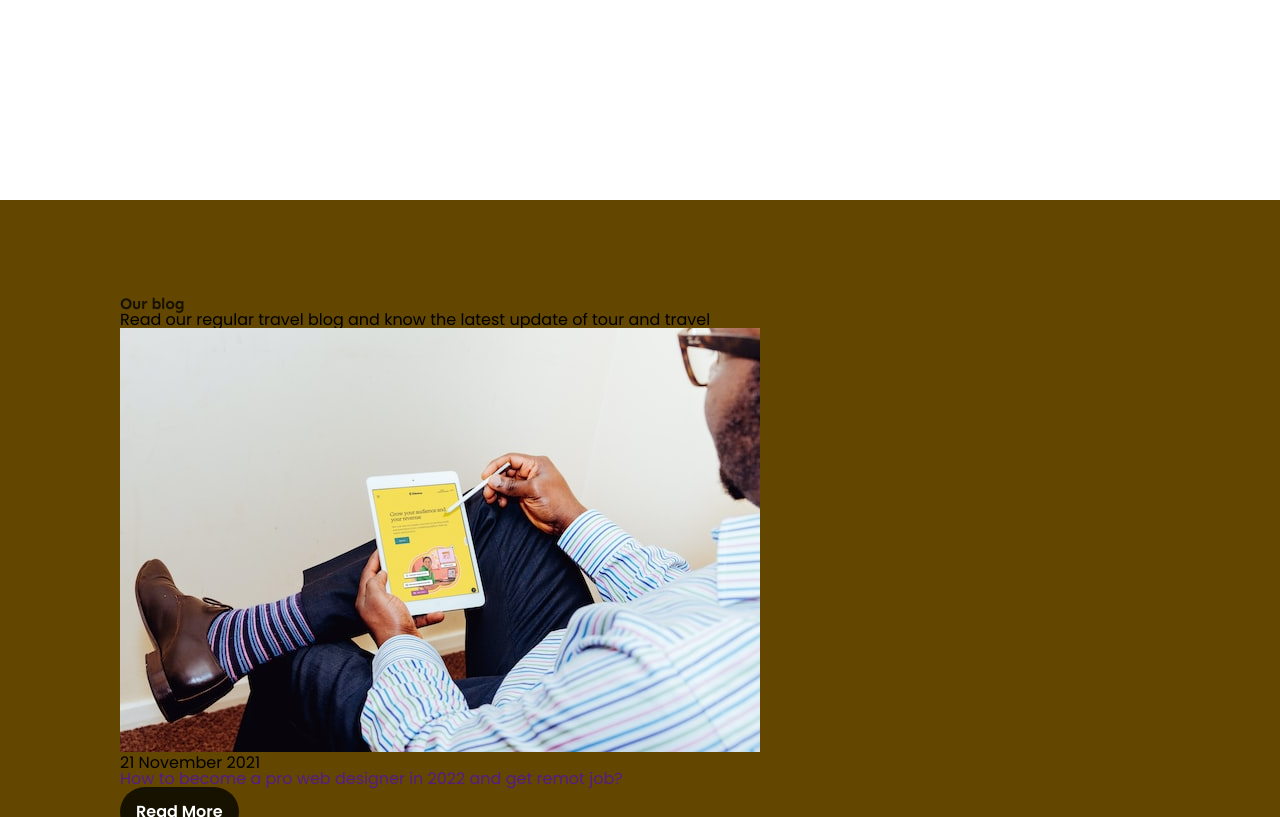
Repository: dovanlanh/f8-project-02
Page: index.html
The author's editor kept a copy of each file at every save. The page is drawn from the files as they stood at one save, then again after the next save.
The browser window is 1280 px wide. The pictures show the part of the page from y = 3609 to 4426 px (the page is 10000 px tall).
A picture or video elsewhere on the page could not be fetched, so the positions and the page height are approximate.

Above is the page before, as saved 2023-02-10 10:40:54.

After the next save:
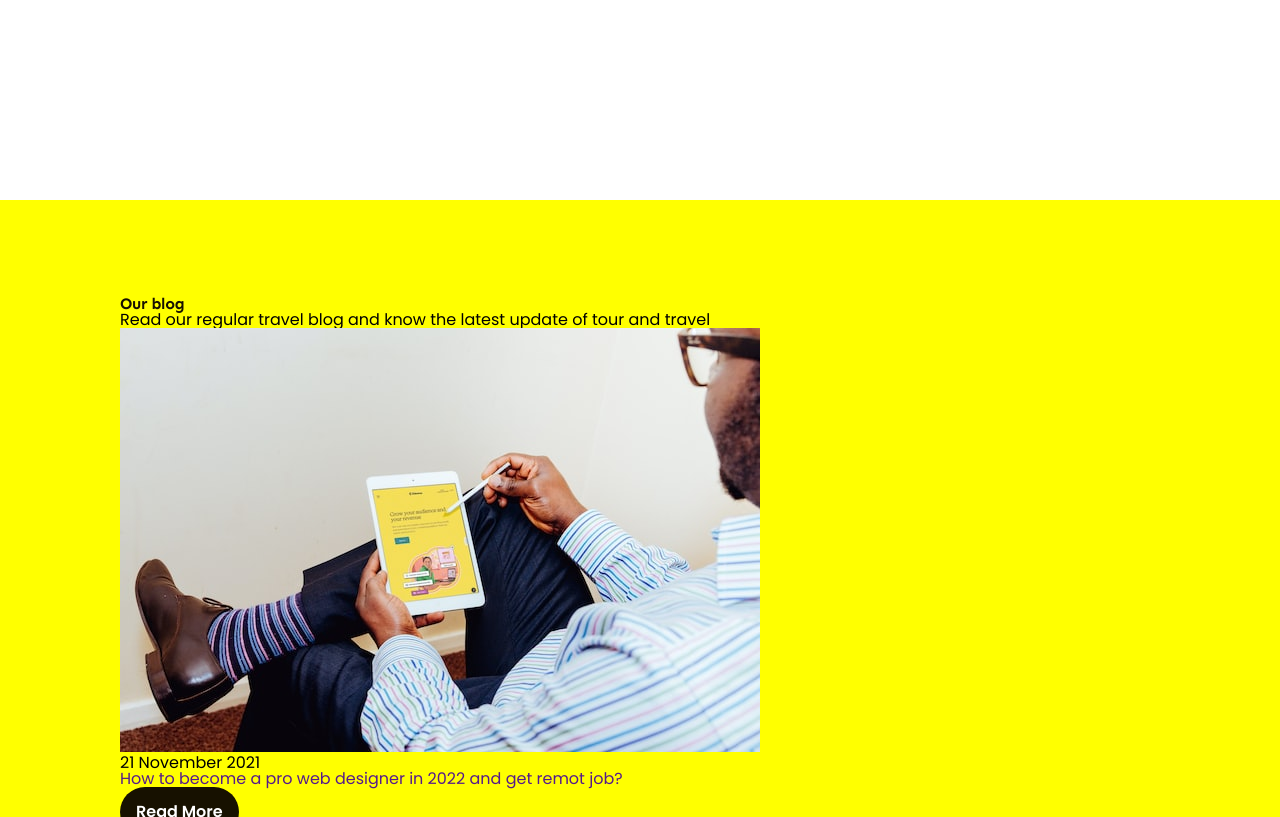
Saved 15 s later.
--- a/assets/css/styles.css
+++ b/assets/css/styles.css
@@ -506,5 +506,5 @@ a {
     margin-top: 135px;
     padding: 96px;
     /* background: #FFFCF4; */
-    background: #634700;
-}
+    background: yellow;
+}
